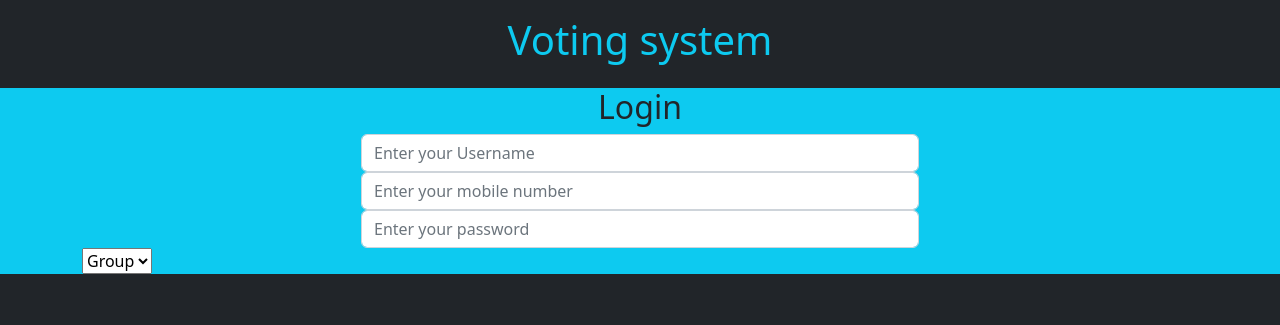
Repository: AvinashLikesToLearnNewStuff/VotingSite
Page: http://localhost/
These files come from the project's save history. The page is drawn as it stood at one moment and after the next save; the edit follows.
The browser window is 1280 px wide. The pictures show the whole page.
The page is run by PHP 8.4 with error messages shown; the project is at /var/www/html/.

Above is the page before, as saved 2023-03-09 09:56:10.

### index.php
<!DOCTYPE html>
<html lang="en">
<head>
    <meta charset="UTF-8">
    <meta http-equiv="X-UA-Compatible" content="IE=edge">
    <meta name="viewport" content="width=device-width, initial-scale=1.0">
    <title>PHP voting system</title>
    <!-- bootstrap css link -->
     <link href="https://cdn.jsdelivr.net/npm/bootstrap@5.2.3/dist/css/bootstrap.min.css" rel="stylesheet" integrity="sha384-rbsA2VBKQhggwzxH7pPCaAqO46MgnOM80zW1RWuH61DGLwZJEdK2Kadq2F9CUG65" crossorigin="anonymous">
</head>
<body class="bg-dark">
    <h1 class=  "text-info text-center p-3">Voting system</h1>
    <div class="bg-info">
        <h2 class="text-center">Login</h2>
        <div class="container">
            <form action="">
                <div class="mb3">
                    <input type="text" name="username" class="form-control w-50 m-auto" placeholder="Enter your Username" required= "required">
                </div>

                <div class="mb3">
                    <input type="text" name="mobile" class="form-control w-50 m-auto" placeholder="Enter your mobile number" required= "required" maxLength="10" minLength="10">
                </div>

                <div class="mb3">
                    <input type="password" name="password" class="form-control w-50 m-auto" placeholder="Enter your password" required= "required">
                </div>
                <div class="mb-3">
                    <select name="std" >
                        <option value="group">Group</option>
                        <option value="voter">Voter</option>
                    </select>
                </div>
            </form>
        </div>
    </div>

</body>
</html>

After the next save:
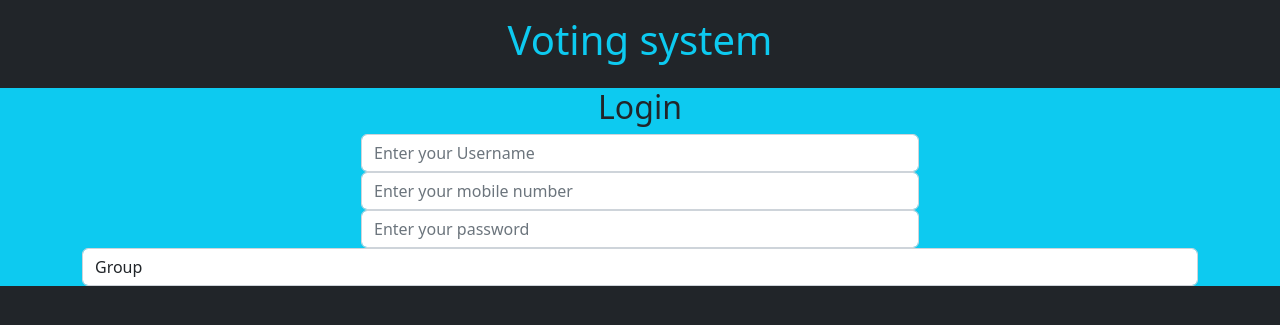
Saved 36 s later.
--- a/index.php
+++ b/index.php
@@ -26,7 +26,7 @@
                     <input type="password" name="password" class="form-control w-50 m-auto" placeholder="Enter your password" required= "required">
                 </div>
                 <div class="mb-3">
-                    <select name="std" >
+                    <select name="std" class="form-control" >
                         <option value="group">Group</option>
                         <option value="voter">Voter</option>
                     </select>
